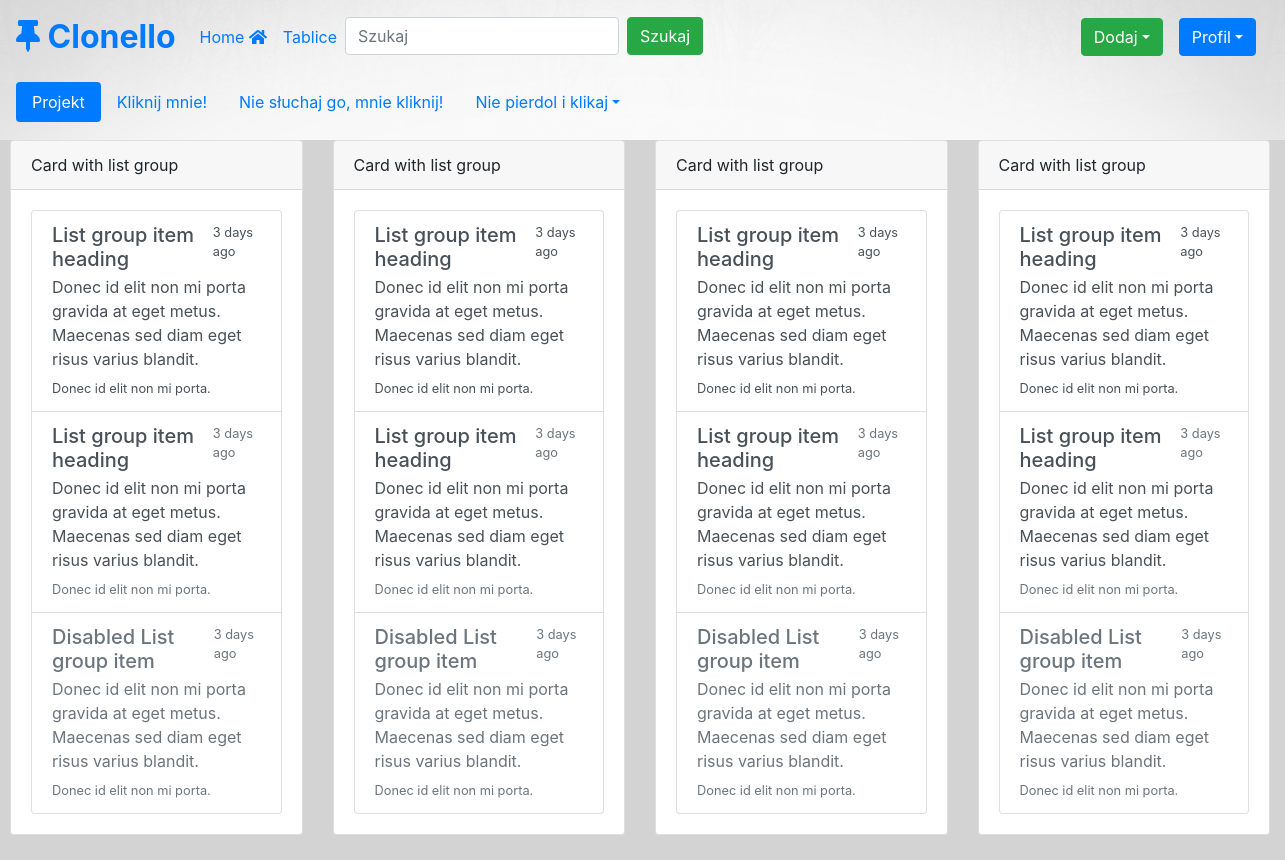
Repository: jnehlt/PAW-lab
Page: / (app in Frontend/clonello/)
The author's editor kept a copy of each file at every save. The page is drawn from the files as they stood at one save, then again after a run of saves.
The browser window is 1280 px wide. The page is 1285 px wide, so the pictures cover 1285 px, including what lies to the right of the window. The pictures show the whole page.
The project was rebuilt for these pictures with package versions that can differ from the ones it lists, and the page was loaded fresh each time.

Above is the page before, as saved 2020-04-24 23:44:49.

### Frontend/clonello/src/main.js
import "@babel/polyfill";
import "mutationobserver-shim";
import Vue from "vue";
import "./plugins/bootstrap-vue";
import App from "./App.vue";
import router from "./router";
import "@fortawesome/fontawesome-free/css/all.css";
import "@fortawesome/fontawesome-free/js/all.js";

Vue.config.productionTip = false;

new Vue({
  router,
  render: h => h(App)
}).$mount("#app");

### Frontend/clonello/src/App.vue
<template>
  <div id="app">
    <topheader></topheader>
    <projectheader></projectheader>

    <div class="row">
        <maincard></maincard>
        <maincard></maincard>
        <maincard></maincard>
        <maincard></maincard>
        <maincard></maincard>
        <maincard></maincard>
        <maincard></maincard>
        <maincard></maincard>
    </div>
    <router-view />
  </div>
</template>

<script>
import TopHeader from "@/components/TopHeader.vue";
import ProjectHeader from "@/components/ProjectHeader.vue";
import MainCard from "@/components/MainCard.vue";

export default {
  components: {
    "topheader": TopHeader,
    "projectheader": ProjectHeader,
    "maincard": MainCard
  }
};
</script>

<style lang="scss">

body {
    background-image: url("../src/assets/running-track-sn-3000x2001.jpg");
    background-size: cover;
    background-position: center;
}

.dropdown-header {
    font-size: larger;
    font-weight: bolder;
}

html, body {
    height: 100%;
}

.list-head {
    font-weight: bolder;
    text-transform: uppercase;
}

.row {
  display: flex;
  flex-wrap: nowrap;
  overflow-x: auto;
  margin-left: -5px;
  margin-right: -5px;
  margin-top: 10px;
  height: 100vh;
}

::-webkit-scrollbar {
  height: 4px;              /* height of horizontal scrollbar ← You're missing this */
  width: 4px;               /* width of vertical scrollbar */
  border: 1px solid #d5d5d5;
  margin-left: -5px;
  margin-right: -5px;
}


</style>

### Frontend/clonello/src/components/TopHeader.vue
<template>
  <div>
    <nav class="navbar navbar-expand-lg">
      <a class="navbar-brand" href="#"><i class="fas fa-thumbtack"></i> Clonello</a>
      <button class="navbar-toggler navbar-dark" type="button" data-toggle="collapse" data-target="#navbarNav" aria-controls="navbarNav" aria-expanded="false" aria-label="Toggle navigation">
          <span class="navbar-toggler-icon"></span>
      </button>
      <div class="collapse navbar-collapse" id="navbarNav">
        <ul class="navbar-nav mr-auto">
          <li class="nav-item">
            <a class="nav-link" href="#">Home <i class="fas fa-home"></i></a>
          </li>
          <li class="nav-item">
            <a class="nav-link" href="#">Tablice</a>
          </li>
          <li class="nav-item">
            <form class="form-inline my-2 my-lg-0">
              <input class="form-control mr-sm-2" type="search" placeholder="Szukaj" aria-label="Search">
              <button class="btn btn-success my-2 my-sm-0" type="submit">Szukaj</button>
            </form>
          </li>
        </ul>
        <ul class="navbar-right navbar-nav">
          <li>
            <b-dropdown id="dropdown-right" right text="Dodaj" variant="success" class="m-2">
              <b-dropdown-item href="#">Coś</b-dropdown-item>
              <b-dropdown-item href="#">Coś innego</b-dropdown-item>
              <b-dropdown-item href="#">Dobra, spierdalaj!</b-dropdown-item>
            </b-dropdown>
            <b-dropdown id="dropdown-right" right text="Profil" variant="primary" class="m-2">
              <b-dropdown-item href="#">Ustawienia</b-dropdown-item>
              <b-dropdown-item href="#">Wyloguj</b-dropdown-item>
            </b-dropdown>
          </li>
        </ul>
      </div>
    </nav>
  </div>
  <!-- class="btn btn-success" type="button" data-toggle="collapse" data-target="#collapseAdd" aria-expanded="false" aria-controls="collapseAdd">Dodaj <i class="fas fa-plus"></i>
            </button> -->
</template>

<script>



export default {

};
</script>

<!-- Add "scoped" attribute to limit CSS to this component only -->
<style scoped lang="scss">
.navbar-brand {
    font-weight: bolder;
    font-size: 2em;
}

.navbar {
    background-color: transparent;
}

.navbar-toggler {
    background-color: #4e555b;
}

</style>

### Frontend/clonello/src/components/ProjectHeader.vue
<template>
  <div>
      <div class="navbar navbar-expand-lg">
      <ul class="nav nav-pills nav-fill">
        <li class="nav-item">
          <a class="nav-link active" href="#">Projekt</a>
        </li>
        <li class="nav-item">
          <a class="nav-link" href="#">Kliknij mnie!</a>
        </li>
        <li class="nav-item">
          <a class="nav-link" href="#">Nie słuchaj go, mnie kliknij!</a>
        </li>
        <li class="nav-item dropdown">
          <b-nav-item-dropdown text="Nie pierdol i klikaj" right>
            <b-dropdown-item href="#">Wkurwia</b-dropdown-item>
            <b-dropdown-item href="#">Mnie</b-dropdown-item>
            <b-dropdown-item href="#">Ta</b-dropdown-item>
            <b-dropdown-item href="#">Uczelnia</b-dropdown-item>
          </b-nav-item-dropdown>
        </li>
      </ul>
    </div>
  </div>
</template>

<script>
export default {

}
</script>

<style>
.navbar-brand {
    font-weight: bolder;
    font-size: 2em;
}

.navbar {
    background-color: transparent;
}

.navbar-toggler {
    background-color: #4e555b;
}

</style>

### Frontend/clonello/src/components/MainCard.vue
<template>
        <div id="duties-card" class="col-3 col-md-3 col-sm-3">
            <b-card header="Card with list group">
                <b-list-group>
                    <b-list-group-item href="#" class="flex-column align-items-start">
                        <div class="d-flex w-100 justify-content-between">
                        <h5 class="mb-1">List group item heading</h5>
                        <small>3 days ago</small>
                        </div>

                        <p class="mb-1">
                        Donec id elit non mi porta gravida at eget metus. Maecenas sed diam eget risus varius blandit.
                        </p>

                        <small>Donec id elit non mi porta.</small>
                    </b-list-group-item>

                    <b-list-group-item href="#" class="flex-column align-items-start">
                        <div class="d-flex w-100 justify-content-between">
                        <h5 class="mb-1">List group item heading</h5>
                        <small class="text-muted">3 days ago</small>
                        </div>

                        <p class="mb-1">
                        Donec id elit non mi porta gravida at eget metus. Maecenas sed diam eget risus varius blandit.
                        </p>

                        <small class="text-muted">Donec id elit non mi porta.</small>
                    </b-list-group-item>

                    <b-list-group-item href="#" disabled class="flex-column align-items-start">
                        <div class="d-flex w-100 justify-content-between">
                        <h5 class="mb-1">Disabled List group item</h5>
                        <small class="text-muted">3 days ago</small>
                        </div>

                        <p class="mb-1">
                        Donec id elit non mi porta gravida at eget metus. Maecenas sed diam eget risus varius blandit.
                        </p>

                        <small class="text-muted">Donec id elit non mi porta.</small>
                    </b-list-group-item>
                </b-list-group>
            </b-card>
        </div>
</template>

<script>
export default {

}
</script>

<style>
#duties-card {
    background-color: lightgray;
}

</style>

### Frontend/clonello/src/views/Home.vue
<template>
  <div class="home"></div>
</template>

<script>
// @ is an alias to /src
export default {
  name: "Home",
  components: {}
};
</script>

Loaded but not shown: Frontend/clonello/public/index.html (common file); Frontend/clonello/src/plugins/bootstrap-vue.js (common file); Frontend/clonello/src/router/index.js (common file)

After the next 2 saves:
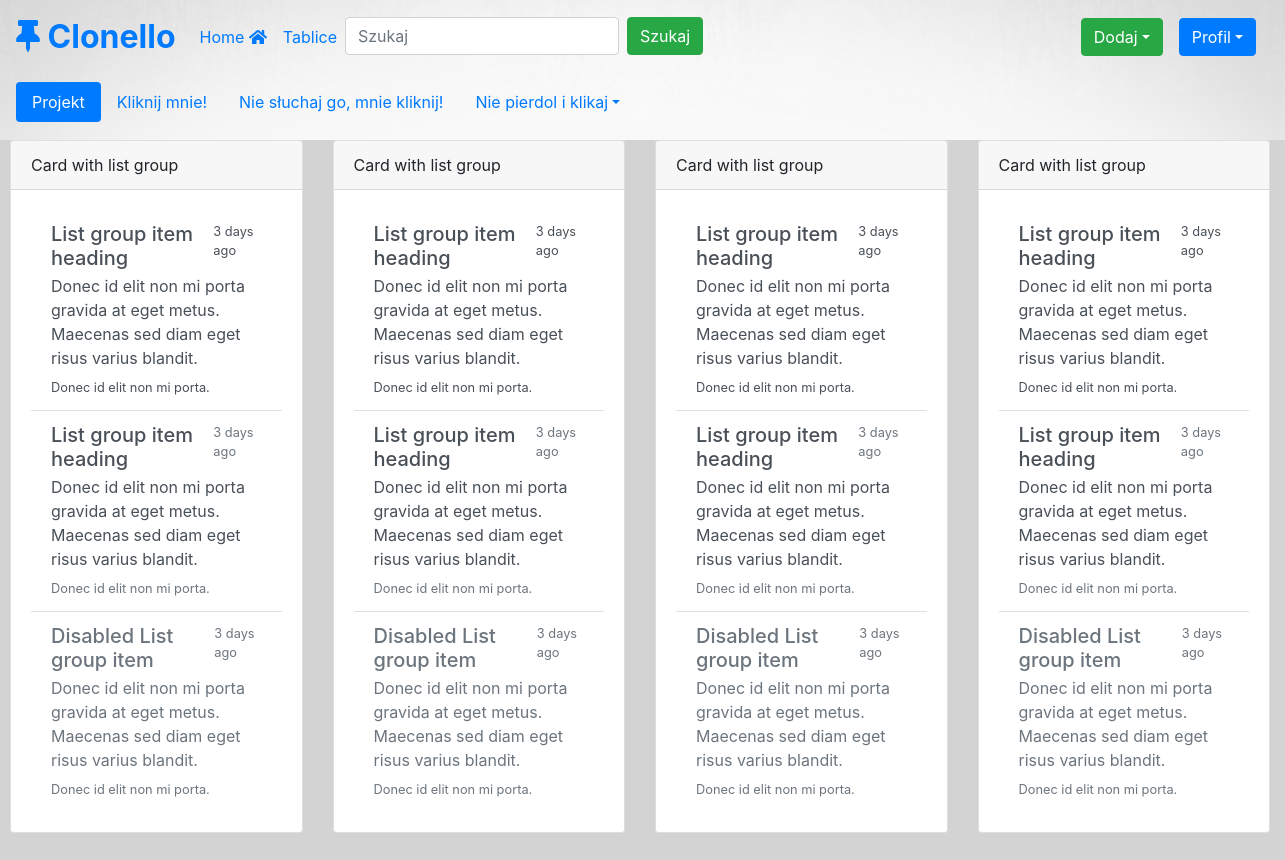
The 2 saves are shown as one change because they came seconds apart.
The last was saved 52 s later.
--- a/Frontend/clonello/src/components/MainCard.vue
+++ b/Frontend/clonello/src/components/MainCard.vue
@@ -1,7 +1,7 @@
 <template>
         <div id="duties-card" class="col-3 col-md-3 col-sm-3">
             <b-card header="Card with list group">
-                <b-list-group>
+                <b-list-group flush="">
                     <b-list-group-item href="#" class="flex-column align-items-start">
                         <div class="d-flex w-100 justify-content-between">
                         <h5 class="mb-1">List group item heading</h5>
